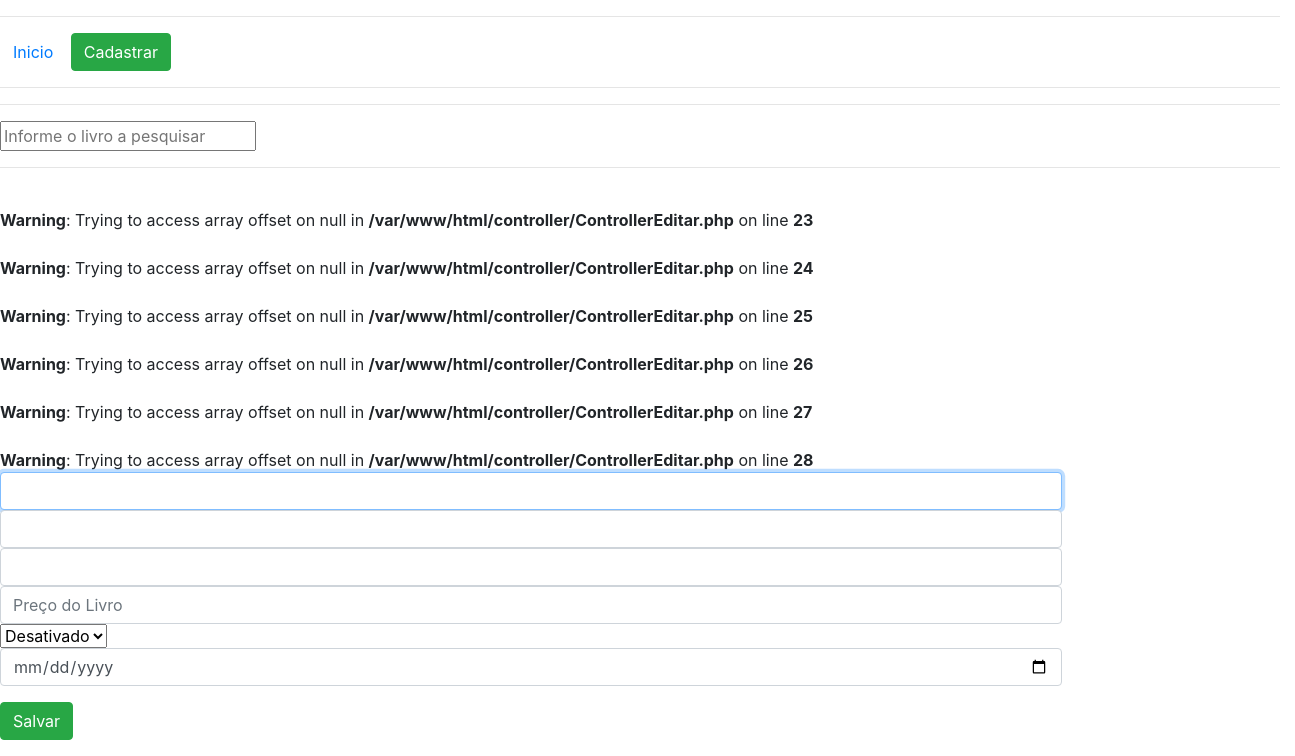
Repository: zz4fff/CRUD-MVC-PHP
Page: http://localhost/view/editar.php
An editor plug-in stored every save of this project. The page is shown before and after the next save, followed by the edit.
The browser window is 1280 px wide. The page is 1295 px wide, so the pictures cover 1295 px, including what lies to the right of the window. The pictures show the whole page.
The page is run by PHP 8.4 with error messages shown; the project is at /var/www/html/. Queries for data that is not in the repository find no rows.

Above is the page before, as saved 2025-01-31 13:15:13.

After the next save:
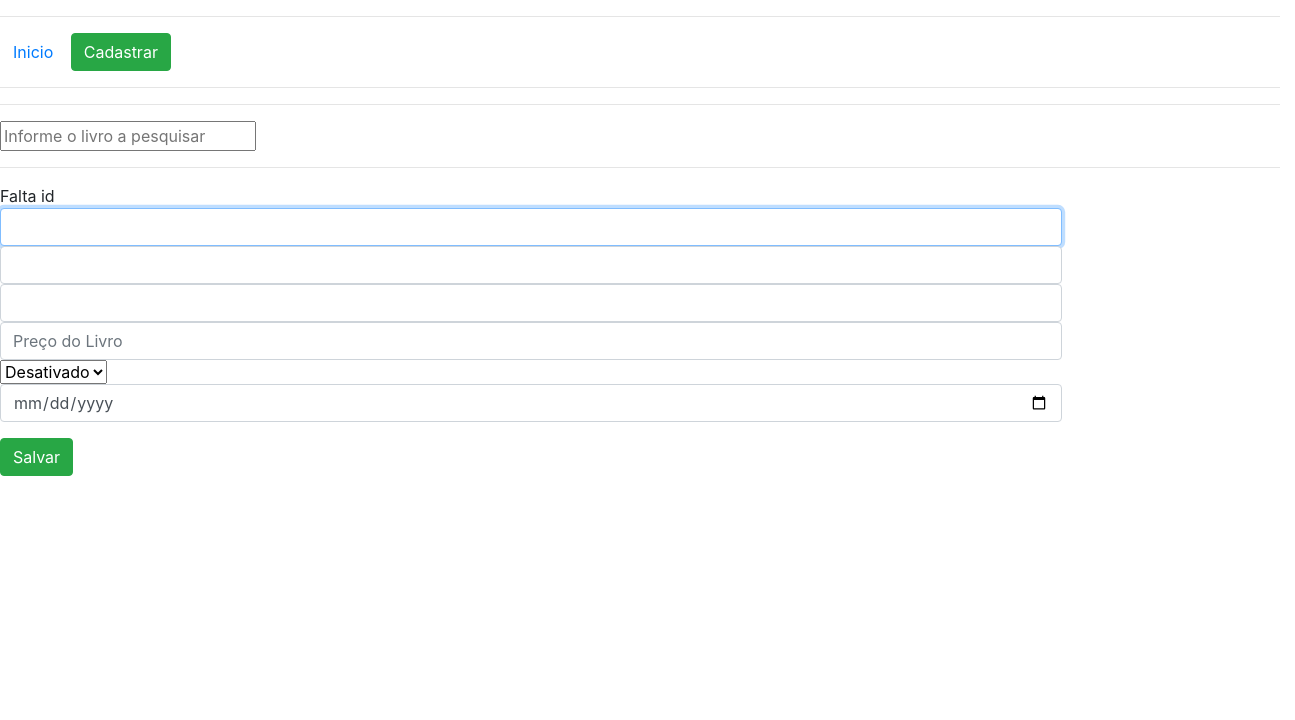
Saved 38 s later.
--- a/controller/ControllerEditar.php
+++ b/controller/ControllerEditar.php
@@ -17,8 +17,8 @@ class editarController {
 
   private function criarFormulario($id) {
     if (!isset($id)) {
-      echo $id;
-    }
+      echo "Falta id<br>";
+    } else {
     $row = $this->editar->pesquisaLivro($id);
     $this->nome = $row['nome'];
     $this->autor = $row['autor'];
@@ -26,6 +26,7 @@ class editarController {
     $this->preco = $row['preco'];
     $this->data = $row['data'];
     $this->flag = $row['flag'];
+  }
   }
 
   public function editarFormulario($nome,$autor,$quantidade,$preco,$data,$flag,$id) {
